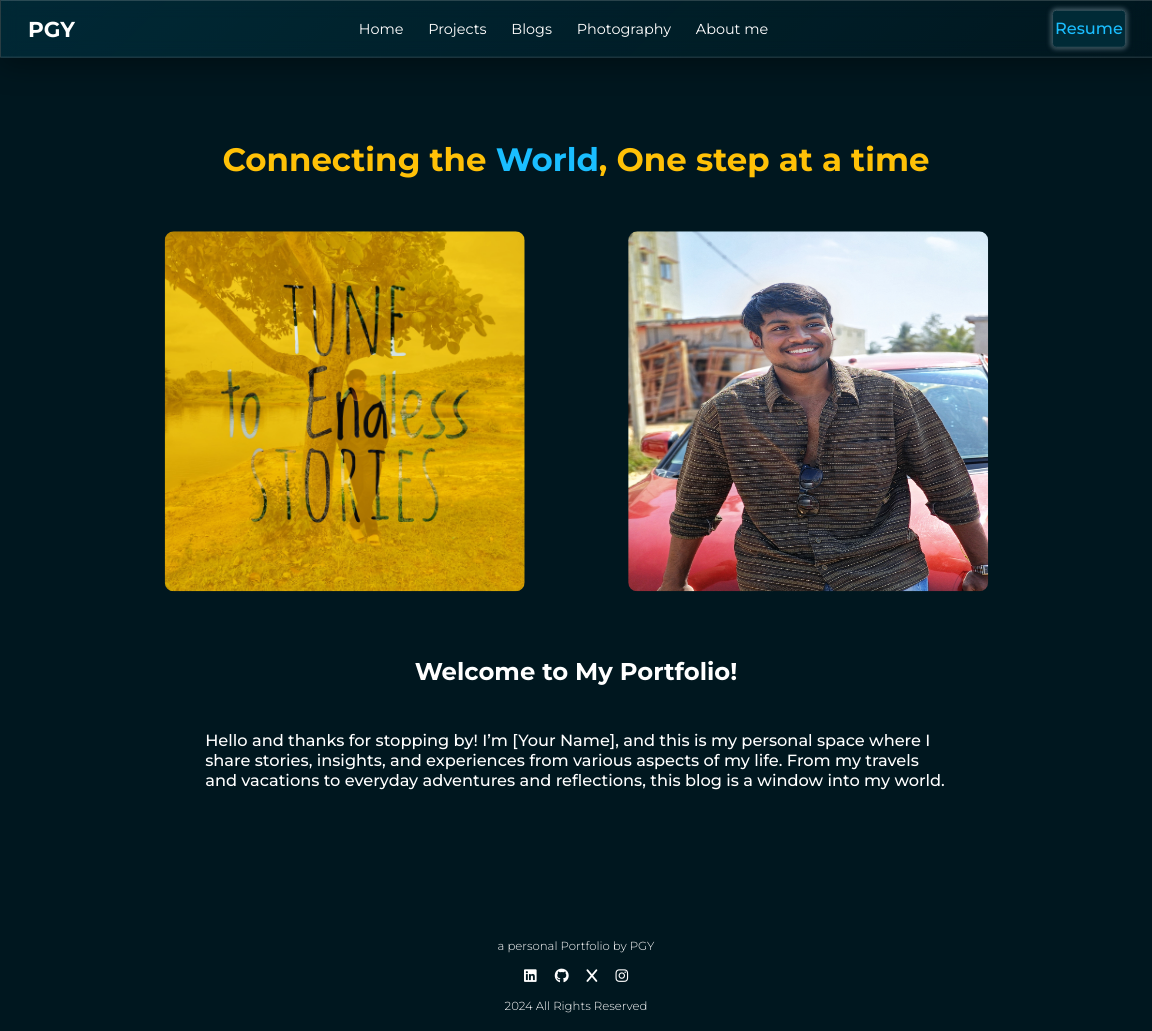
Repository: pgyunknown/pgyunknown
Page: blog.html
These files come from the project's save history. The page is drawn as it stood at one moment and after a run of saves; the edit follows.
The browser window is 1280 px wide. The pictures show the whole page, at 90% of full size.
Some web libraries are served in a nearby version.

Above is the page before, as saved 2024-08-14 20:41:35.

After the next 3 saves:
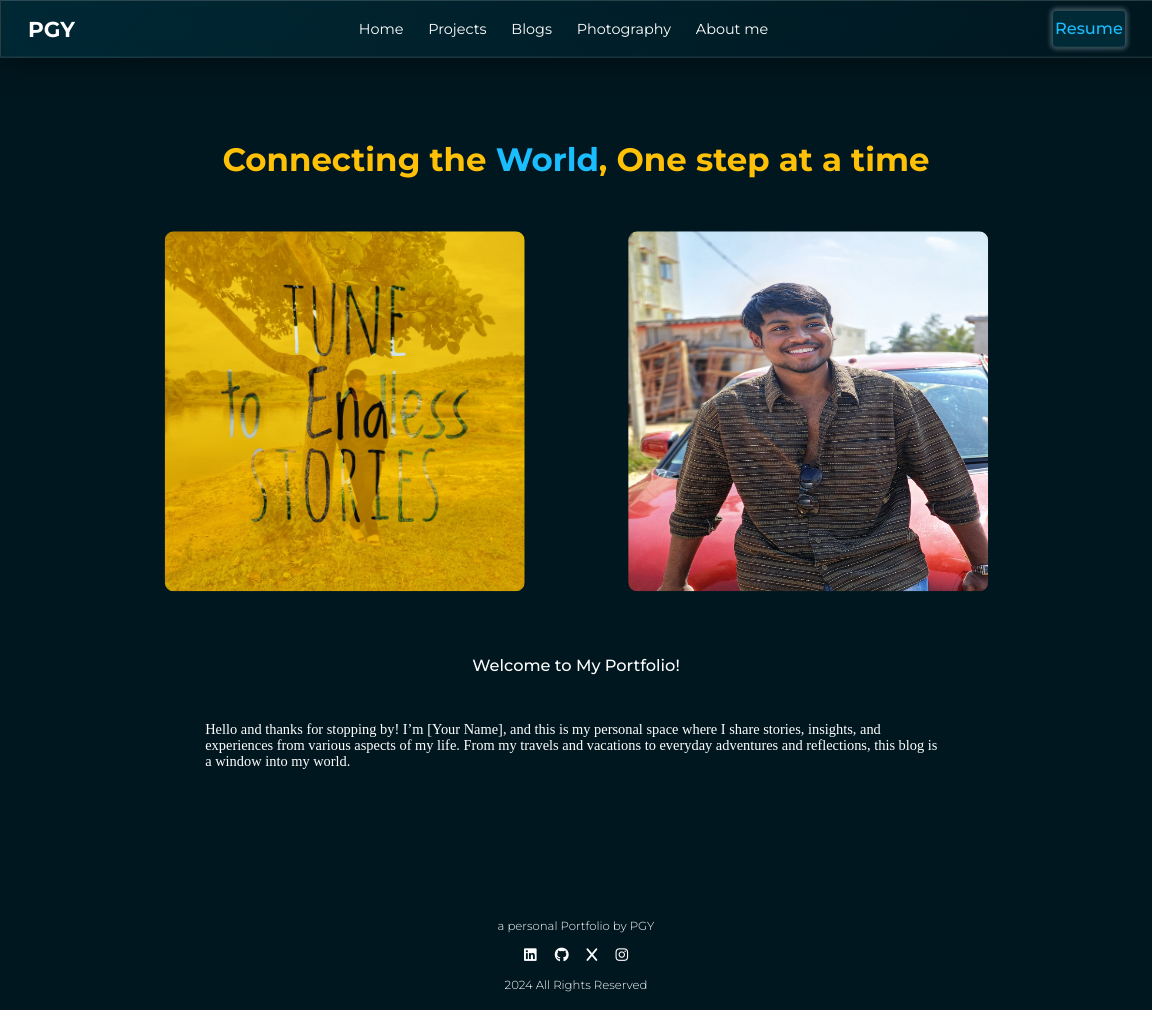
The 3 saves are shown as one change because they came seconds apart.
The last was saved 16 s later.
--- a/blog.css
+++ b/blog.css
@@ -153,15 +153,15 @@ main article{
 .blog_intro{
     padding: 40px;
     width: 80%;
-    font-family: "Montserrat", sans-serif;
+}
+
+.blog_intro h1{
+    text-align: center;
+        font-family: "Montserrat", sans-serif;
     font-optical-sizing: auto;
     font-size: large;
     font-weight: 500;
     font-style: normal;
-}
-
-.blog_intro h1{
-    text-align: center;
 }
 
 .blog_intro p{
